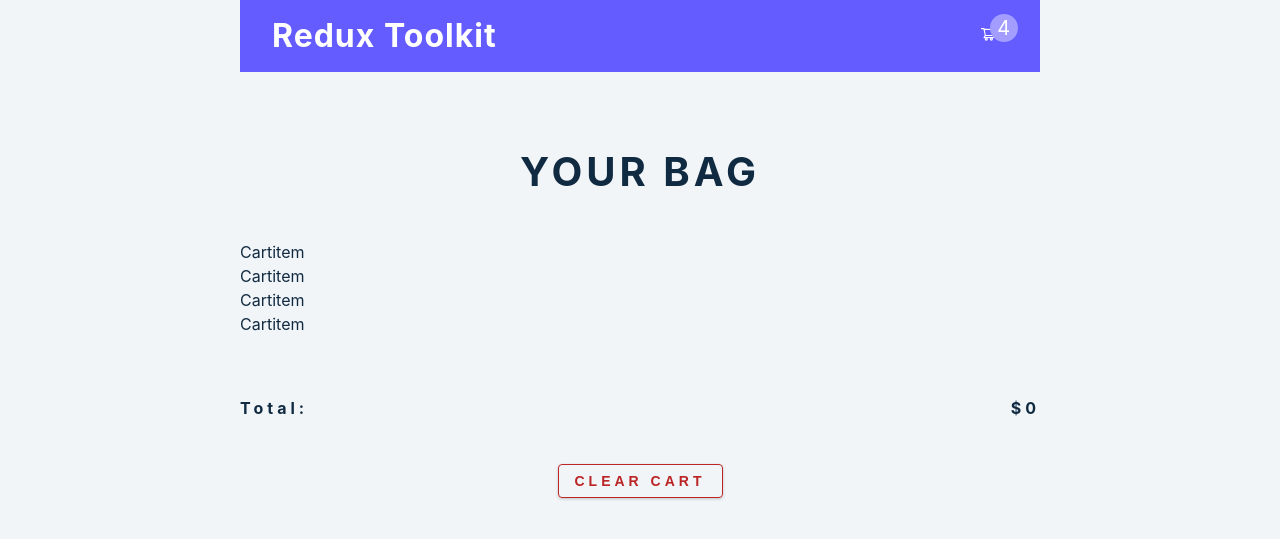
Repository: Nurlan-Bakenbaev/ReduxToolit
Page: /
An editor plug-in stored every save of this project. The page is shown before and after the next save, followed by the edit.
The browser window is 1280 px wide. The pictures show the whole page.
The project was rebuilt for these pictures with package versions that can differ from the ones it lists, and the page was loaded fresh each time.

Above is the page before, as saved 2023-11-08 23:31:28.

### src/index.js
import React from "react";
import { createRoot } from "react-dom/client";
import "./index.css";
import App from "./App";
import store from "./redux/store";
import { Provider } from "react-redux";
const container = document.getElementById("root");
const root = createRoot(container);

root.render(
  <React.StrictMode>
    <Provider store={store}>
      <App />
    </Provider>
  </React.StrictMode>
);

### src/index.css
/*
===============
Variables
===============
*/

:root {
  --clr-primary: #645cff;
  --clr-primary-dark: #282566;
  --clr-primary-light: #a29dff;
  --clr-grey-1: #102a42;
  --clr-grey-5: #617d98;
  --clr-grey-10: #f1f5f8;
  --clr-white: #fff;
  --clr-red-dark: hsl(360, 67%, 44%);
  --clr-red-light: hsl(360, 71%, 66%);
  --transition: all 0.3s linear;
  --spacing: 0.25rem;
  --radius: 0.25rem;
  --large-screen-width: 1170px;
  --small-screen-width: 90vw;
  --fixed-width: 50rem;
}
* {
  margin: 0;
  padding: 0;
  box-sizing: border-box;
}
body {
  font-family: -apple-system, BlinkMacSystemFont, 'Segoe UI', Roboto, Oxygen,
    Ubuntu, Cantarell, 'Open Sans', 'Helvetica Neue', sans-serif;
  background: var(--clr-grey-10);
  color: var(--clr-grey-1);
  line-height: 1.5;
  font-size: 0.875rem;
}
a {
  text-decoration: none;
}
img {
  width: 100%;
  display: block;
}
h1,
h2,
h3,
h4 {
  letter-spacing: var(--spacing);
  text-transform: capitalize;
  line-height: 1.25;
  margin-bottom: 0.75rem;
}
h1 {
  font-size: 3rem;
}
h2 {
  font-size: 2rem;
}
h3 {
  font-size: 1.5rem;
}
h4 {
  font-size: 0.875rem;
}
p {
  margin-bottom: 1.25rem;
}
@media screen and (min-width: 800px) {
  h1 {
    font-size: 4rem;
  }
  h2 {
    font-size: 2.5rem;
  }
  h3 {
    font-size: 2rem;
  }
  h4 {
    font-size: 1rem;
  }
  body {
    font-size: 1rem;
  }
  h1,
  h2,
  h3,
  h4 {
    line-height: 1;
  }
}
/* more global css */

.btn {
  text-transform: uppercase;
  background: var(--clr-primary);
  color: var(--clr-white);
  padding: 0.375rem 0.75rem;
  letter-spacing: var(--spacing);
  display: inline-block;
  font-weight: 700;
  transition: var(--transition);
  font-size: 0.875rem;
  border: none;
  cursor: pointer;
  box-shadow: 0 1px 3px rgba(0, 0, 0, 0.2);
}
.btn:hover {
  color: var(--clr-primary);
  background: var(--clr-primary-light);
}

/*
===============
Navbar
===============
*/
.loading {
  text-align: center;
  margin-top: 5rem;
}
nav {
  background: var(--clr-primary);
  padding: 1.25rem 2rem;
}
.nav-center {
  max-width: var(--fixed-width);
  width: 100%;
  margin: 0 auto;
  display: flex;
  justify-content: space-between;
  align-items: center;
}
nav h3 {
  margin-bottom: 0;
  letter-spacing: 1px;
  color: var(--clr-white);
}
.nav-container {
  display: block;
  position: relative;
}

nav svg {
  width: 40px;
  color: var(--clr-white);
}
.amount-container {
  position: absolute;
  top: -0.6rem;
  right: -0.6rem;
  width: 1.75rem;
  height: 1.75rem;
  border-radius: 50%;
  background: var(--clr-primary-light);
  display: flex;
  align-items: center;
  justify-content: center;
}
.total-amount {
  color: var(--clr-white);
  margin-bottom: 0;
  font-size: 1.25rem;
}
/*
===============
Cart
===============
*/
.cart {
  min-height: calc(100vh - 120px);
  width: 90vw;
  margin: 0 auto;
  margin-top: 40px;
  padding: 2.5rem 0;
  max-width: var(--fixed-width);
}
.cart h2 {
  text-transform: uppercase;
  text-align: center;
  margin-bottom: 3rem;
}
.empty-cart {
  text-transform: lowercase;
  color: var(--clr-grey-5);
  margin-top: 1rem;
  text-align: center;
}
.cart footer {
  margin-top: 4rem;
  text-align: center;
}
.cart-total h4 {
  text-transform: capitalize;
  display: flex;
  justify-content: space-between;
  margin-top: 1rem;
}
.clear-btn,
.confirm-btn {
  background: transparent;
  padding: 0.5rem 1rem;
  color: var(--clr-red-dark);
  border: 1px solid var(--clr-red-dark);
  margin-top: 2.25rem;
  border-radius: var(--radius);
}
.clear-btn:hover {
  background: var(--clr-red-light);
  color: var(--clr-red-dark);
  border-color: var(--clr-red-light);
}
.confirm-btn {
  border-color: var(--clr-primary);
  color: var(--clr-primary);
}
/*
===============
Cart Item
===============
*/
.cart-item {
  display: grid;
  align-items: center;
  grid-template-columns: auto 1fr auto;
  grid-column-gap: 1.5rem;
  margin: 1.5rem 0;
}
.cart-item img {
  width: 5rem;
  height: 5rem;
  object-fit: cover;
}
.cart-item h4 {
  margin-bottom: 0.5rem;
  font-weight: 500;
  letter-spacing: 2px;
}
.item-price {
  color: var(--clr-grey-5);
}
.remove-btn {
  color: var(--clr-primary);
  letter-spacing: var(--spacing);
  cursor: pointer;
  font-size: 0.85rem;
  background: transparent;
  border: none;
  margin-top: 0.375rem;
  transition: var(--transition);
}
.remove-btn:hover {
  color: var(--clr-primary-light);
}
.amount-btn {
  width: 24px;
  background: transparent;
  border: none;
  cursor: pointer;
}
.amount-btn svg {
  color: var(--clr-primary);
}
.amount-btn:hover svg {
  color: var(--clr-primary-light);
}
.amount {
  text-align: center;
  margin-bottom: 0;
  font-size: 1.25rem;
  line-height: 1;
}
hr {
  background: var(--clr-grey-5);
  border-color: transparent;
  border-width: 0.25px;
}

.modal-container {
  position: fixed;
  top: 0;
  left: 0;
  width: 100%;
  height: 100%;
  background: rgba(0, 0, 0, 0.7);
  z-index: 10;
  display: flex;
  align-items: center;
  justify-content: center;
}

.modal {
  background: var(--clr-white);
  width: 80vw;
  max-width: 400px;
  border-radius: var(--radius);
  padding: 2rem 1rem;
  text-align: center;
}
.modal h4 {
  margin-bottom: 0;
  line-height: 1.5;
}
.modal .clear-btn,
.modal .confirm-btn {
  margin-top: 1rem;
}
.btn-container {
  display: flex;
  justify-content: space-around;
}

### src/App.js
import React from "react";
import Navbar from "./components/Navbar";
import CartContainer from "./components/CartContainer";
function App() {
  return (
    <div>
      <Navbar />
      <CartContainer />
    </div>
  );
}
export default App;

### src/redux/store.js
import { configureStore } from "@reduxjs/toolkit";
import cartReducer from "./features/cartSlice";
const store = configureStore({
  reducer: {
    cart: cartReducer },
});
export default store;

### src/components/Navbar.js
import React from "react";
import { AiOutlineShoppingCart } from "react-icons/ai";
import { useSelector } from "react-redux";
const Navbar = () => {
  const { amount } = useSelector((store) => store.cart);
  console.log(useSelector((store) => store.cart[0]));
  return (
    <nav className="nav-center">
      <h3> Redux Toolkit</h3>
      <div className="nav-container">
        <AiOutlineShoppingCart />
        <div className="amount-container">
          <p className="total-amount">{amount}</p>
        </div>
      </div>
    </nav>
  );
};
export default Navbar;

### src/components/CartContainer.js
import React from "react";
import { useSelector } from "react-redux";
import Cartitem from "./Cartitem";

const CartContainer = () => {
  const { cartItems, total, amount } = useSelector((state) => state.cart);

  if (amount < 1) {
    return (
      <section className="cart">
        <header>
          <h2>Your Bag </h2>
          <h4 className="empty-cart">is currently empty</h4>
        </header>
      </section>
    );
  }
  return (
    <section className="cart">
      <header>
        <h2>Your bag</h2>
      </header>
      {cartItems?.map((item) => (
        <Cartitem key={item.id} {...item} />
      ))}
      <footer>
        <div className="cart-total">
          <h4>
            total:<span>${total} </span>
          </h4>
        </div>
        <button className="btn clear-btn">Clear cart</button>
      </footer>
    </section>
  );
};

export default CartContainer;

### src/redux/features/cartSlice.js
import { createSlice } from "@reduxjs/toolkit";
import cartItems from "../../cartItems";
const initialState = {
  cartItems: cartItems,
  amount: 4,
  total: 0,
  isLoading: true,
};
const cartSlice = createSlice({
  name: "cart",
  initialState,
});
export default cartSlice.reducer;

### src/components/Cartitem.js
import React from "react";
import { AiOutlineDown } from "react-icons/Ai";
const Cartitem = () => {
  return <div>Cartitem</div>;
};
export default Cartitem;

### src/cartItems.js
const cartItems = [
  {
    id: 'rec1JZlfCIBOPdcT2',
    title: 'Samsung Galaxy S8',
    price: '399.99',
    img: 'https://images2.imgbox.com/c2/14/zedmXgs6_o.png',
    amount: 1,
  },
  {
    id: 'recB6qcHPxb62YJ75',
    title: 'google pixel',
    price: '499.99',
    img: 'https://images2.imgbox.com/fb/3d/O4TPmhlt_o.png',
    amount: 1,
  },
  {
    id: 'recdRxBsE14Rr2VuJ',
    title: 'Xiaomi Redmi Note 2',
    price: '699.99',
    img: 'https://images2.imgbox.com/4f/3d/WN3GvciF_o.png',
    amount: 1,
  },
  {
    id: 'recwTo160XST3PIoW',
    title: 'Samsung Galaxy S7',
    price: '599.99 ',
    img: 'https://images2.imgbox.com/2e/7c/yFsJ4Zkb_o.png',
    amount: 1,
  },
];
export default cartItems;

Loaded but not shown: public/index.html (common file)

After the next save:
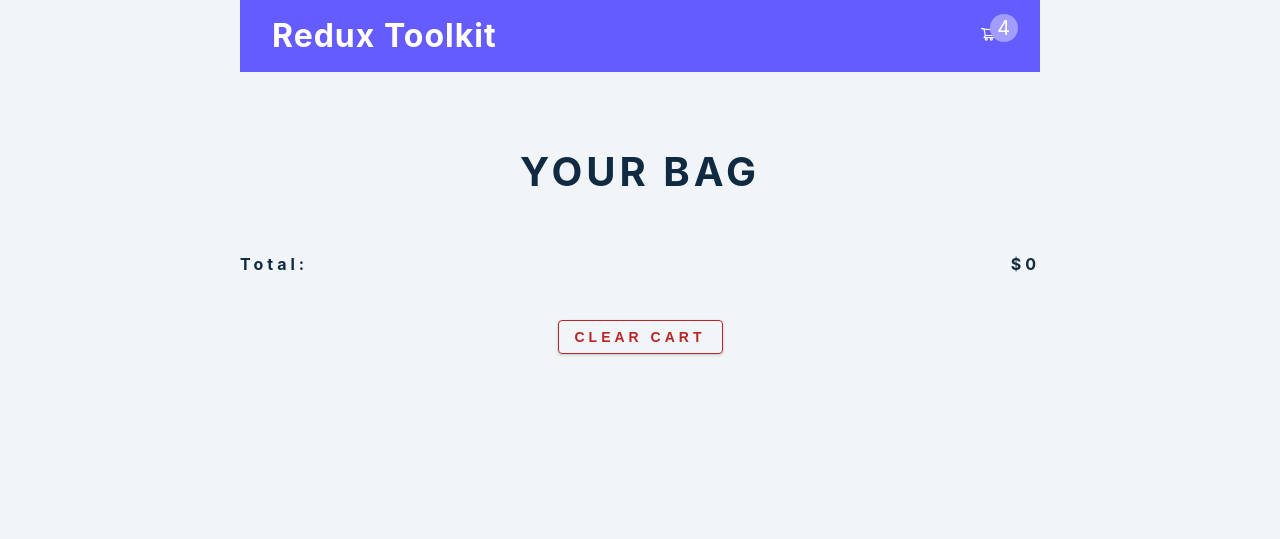
Saved 5 s later.
--- a/src/components/Cartitem.js
+++ b/src/components/Cartitem.js
@@ -1,6 +1,6 @@
 import React from "react";
 import { AiOutlineDown } from "react-icons/Ai";
 const Cartitem = () => {
-  return <div>Cartitem</div>;
+  return <div></div>;
 };
 export default Cartitem;
